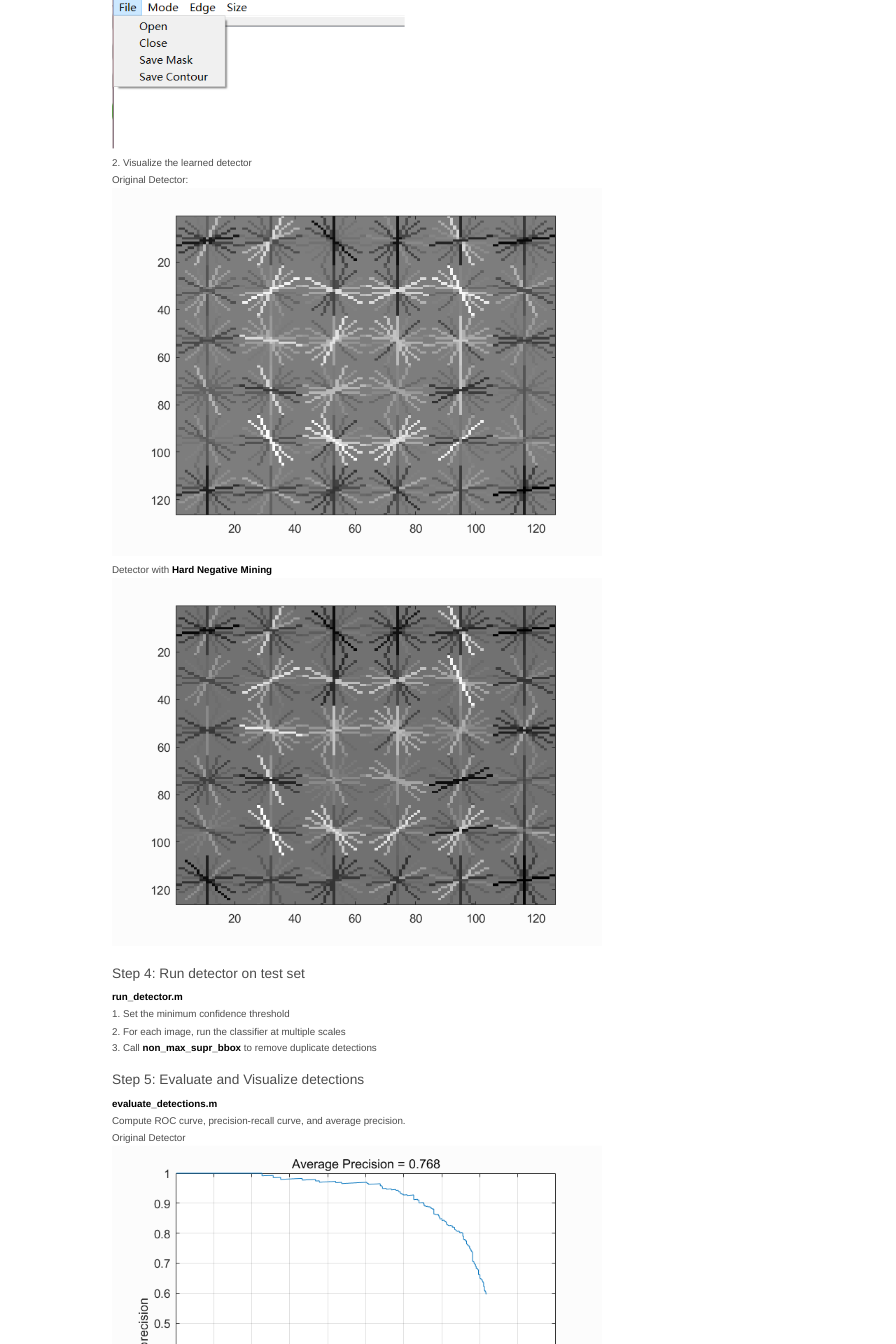
Repository: enderloong/face_detector_msbd6000C
Page: html_report/project2.html
The author's editor kept a record of every edit. The page is drawn from the files as they stood at one moment, then again after the next edit.
The browser window is 1280 px wide. The pictures show the part of the page from y = 4580 to 6500 px (the page is 8484 px tall before and 9017 px after), at 70% of full size.
Some web libraries are served in a nearby version.

Above is the page before.

### html_report/project2.html
<!DOCTYPE HTML>
<!--
	Iridium by TEMPLATED
    templated.co @templatedco
    Released for free under the Creative Commons Attribution 3.0 license (templated.co/license)
-->
<html>
	<head>
		<title>msbd6000c-face-detection</title>
		<meta http-equiv="content-type" content="text/html; charset=utf-8" />
		<meta name="description" content="" />
		<meta name="keywords" content="" />
		<link href='http://fonts.googleapis.com/css?family=Arimo:400,700' rel='stylesheet' type='text/css'>
		<!--[if lte IE 8]><script src="js/html5shiv.js"></script><![endif]-->
		<script src="http://ajax.googleapis.com/ajax/libs/jquery/1.11.0/jquery.min.js"></script>
		<script src="js/skel.min.js"></script>
		<script src="js/skel-panels.min.js"></script>
		<script src="js/init.js"></script>
		<noscript>
			<link rel="stylesheet" href="css/skel-noscript.css" />
			<link rel="stylesheet" href="css/style.css" />
			<link rel="stylesheet" href="css/style-desktop.css" />
		</noscript>
		<!--[if lte IE 8]><link rel="stylesheet" href="css/ie/v8.css" /><![endif]-->
		<!--[if lte IE 9]><link rel="stylesheet" href="css/ie/v9.css" /><![endif]-->
	</head>
	<body class="homepage">

		<!-- Header -->
		<div id="header">
			<div class="container">

				<!-- Logo -->
				<div id="logo">
					<h1><a href="#">Face Detection</a></h1>
					<span></span>
					<span>MSBD6000C Computer Vision - Project 2</span>
					<span>LI Yilong & CHEN Yuji</span>
				</div>
			</div>
		</div>

		<!-- Main -->
		<div id="main">
			<div class="container">
				<div class="row">

					<!-- Content -->
					<div id="content" class="8u skel-cell-important">
						<section>
							<header>
								<h2>Project Description</h2>
								<!--<span class="byline">Integer sit amet pede vel arcu aliquet pretium</span>-->
							</header>
							<!--<a href="#" class="image full"><img src="images/pic07.jpg" alt="" /></a>-->
							<p>This is the second project of <strong>MSBD6000C Computer Vision</strong>, you may find the introduction of it from <a href="https://home.cse.ust.hk/~cktang/msbd6000c/Password_Only/projects/faces/index.html">here</a>.</p>
							<p>In this project, we created a model that can detect human faces.</p>
							<p>Comparing with the success of face detection (and object detection in general) can be traced back to influential works such as <strong>Rowley et al. 1998</strong> and <strong>Viola-Jones 2001</strong>, we developed a simpler (but still very effective!) sliding window detector of <strong>Dalal and Triggs 2005</strong>. Dalal-Triggs focuses on representation more than learning and introduces the SIFT-like Histogram of Gradients (HoG) representation (pictured to the right). We were responsible for the detection pipeline except HoG, though -- handling heterogeneous training and testing data, training a linear classifier (a HoG template), and using our classifier to classify millions of sliding windows at multiple scales. </p>
						</section>

						<section>
							<header>
								<h2>Sample Results</h2>
							</header>
							<p>Results of original detector:</p>
								<ul>
									  <li><img src="images/proj2/ori/detections_Argentina.jpg.png" alt="" /></li>
									  <li><img src="images/proj2/ori/detections_madaboutyou.jpg.png" alt="" /></li>
								</ul>

							<p>Results of detector with <strong>Hard Negative Mining</strong>:</p>
								<ul>
									  <li><img src="images/proj2/bonus/detections_237815567.jpg.png" alt="" /></li>
									  <li><img src="images/proj2/bonus/detections_213654866.jpg.png" alt="" /></li>
								</ul>
						</section>

						<section>
							<header>
								<h2>Develop Environment</h2>
							</header>
							<p>Programming Language: MATLAB</p>
							<p>Library: VLFeat binary package</p>
							<p>OS: Windows</p>
						</section>

						<section>
							<header>
								<h2>Algorithm</h2>
								<span class="byline"><p></p>Step 1: Load cropped positive trained examples and random negative examples</span>
									<strong>get_positive_features.m</strong>
									<ul>
									  <li>1. Extract image file names</li>
									  <li>2. Load images</li>
									  <li>3. Transform images from RGB to grayscale</li>
									  <li>4. Normalization</li>
									  <li>5. Compute HOG descriptors</li>
									  <li>6. Save the HOG features</li>
									</ul>
									<strong>get_random_negative_features.m</strong>
									<ul>
									  <li>1. Compute the candidates of possible values of x_min,y_min</li>
									  <li>2. Implement the generating candidates of negative samples</li>
									  <li>3. Extract and save HOG features</li>
									</ul>

								<span class="byline"><p></p>Step 2: Train the classifier</span>
									<ul>
									  <li>1. Connect the features of positive and random negative samples along the x-axis</li>
									  <li>2. Transpose the feature matrix</li>
									  <li>3. Connect the labels of positive and negative samples</li>
									  <li>4. Setup lamdba (suggested value: 0.0001)</li>
									  <li>5. Call <strong>vl_svmtrain</strong></li>
									</ul>

								<span class="byline"><p></p>Step 3: Examine learned classifier</span>
									<ul>
									  <li>1. Visualize how well separated the positive and negative examples are at training time</li>
									  <img src="images/menu-file.png" alt="" />
									  <li>2. Visualize the learned detector</li>
									  <li>Original Detector:</li>
									  <img src="images/proj2/ori/hog_template.png" alt="" />
									  <li>Detector with <strong>Hard Negative Mining</strong></li>
									  <img src="images/proj2/bonus/hog_template.png" alt="" />
									</ul>

								<span class="byline"><p></p>Step 4: Run detector on test set</span>
									<strong>run_detector.m</strong>
									<ul>
									  <li>1. Set the minimum confidence threshold</li>
									  <li>2. For each image, run the classifier at multiple scales</li>
									  <li>3. Call <strong>non_max_supr_bbox</strong> to remove duplicate detections</li>
									</ul>

								<span class="byline"><p></p>Step 5: Evaluate and Visualize detections</span>
									<strong>evaluate_detections.m</strong>
									<ul>
									  <li>Compute ROC curve, precision-recall curve, and average precision.</li>
									  <li>Original Detector</li>
									  <li><img src="images/proj2/ori/average_precision.png" alt="" /></li>
									  <li>Detector with <strong>Hard Negative Mining</strong></li>
									  <li><img src="images/proj2/bonus/average_precision.png" alt="" /></li>
									</ul>

									<strong>visualize_detections_by_image.m</strong>
									<ul>
									  <li>Visualize detections in each image.</li>
									  <li><img src="images/proj2/ori/detections_Argentina.jpg.png" alt="" /></li>
									</ul>
							</header>
						</section>

						<section>
							<header>
								<h2>Training Performance</h2>
							</header>
							<img src="images/menu-file.png" alt="" />
						</section>
					</div>

					<!-- Sidebar -->
					<div id="sidebar" class="4u">
						<section>
							<header>
								<h2>Our Feelings</h2>
							</header>
							<ul class="style">
								<li>
									<p class="posted">LI Yilong</p>
									<img src="images/liyilong.jpg" height=64 alt="" />
									<p class="text">MATLAB is amazing.</p>
								</li>
								<li>
									<p class="posted">CHEN Yuji</p>
									<img src="images/chenyuji.png" height=64 alt="" />
									<p class="text">If the classifier detects a face while I don't, I will feel nervous.</p>
								</li>
							</ul>
							<p><a href="https://github.com/enderloong/face_detector_msbd6000C/" class="button">GitHub Address</a></p>
						</section>
					</div>
				</div>
			</div>
		</div>

		<!-- Footer -->
		<!--<div id="featured">-->
		<!--	<div class="container">-->
		<!--		<div class="row">-->
		<!--			<div class="4u">-->
		<!--				<h2>Other UI Functions</h2>-->
		<!--				<a href="#" class="image full"><img src="images/pic02.jpg" alt="" /></a>-->
		<!--				<p><strong>Ctrl+"+"</strong>, zoom in</p>-->
		<!--				<p><strong>Ctrl+"-"</strong>, zoom out</p>-->
		<!--				<p><strong>Backspace</strong>, when scissoring, delete the last seed; otherwise, delete selected contour</p>-->
		<!--			</div>-->
		<!--			<div class="4u">-->
		<!--				<h2>Whistles and Bells</h2>-->
		<!--				<a href="#" class="image full"><img src="images/blur-5x5.png" alt="" /></a>-->
		<!--				<p><img src="images/blur5-debug-costGraph.png" alt="" /></p>-->
		<!--				<p>We allow blurring the image by different amounts before computing link costs.  It can be observed that the costs are calculated more evenly and the range of min cost path increased after blurring. </p>-->
		<!--			</div>-->
		<!--		</div>-->
		<!--	</div>-->
		<!--</div>-->


		<!-- Copyright -->
		<div id="copyright">
			<div class="container">
				<p>Design: <a href="http://templated.co">TEMPLATED</a> Images: <a href="http://unsplash.com">Unsplash</a> (<a href="http://unsplash.com/cc0">CC0</a>)</p>
				<p>Edited by CHEN Yuji</p>
			</div>
		</div>

	</body>
</html>

### html_report/js/init.js
/*
	Iridium by TEMPLATED
    templated.co @templatedco
    Released for free under the Creative Commons Attribution 3.0 license (templated.co/license)
*/

skel.init({
	prefix: 'css/style',
	resetCSS: true,
	boxModel: 'border',
	grid: {
		gutters: 50
	},
	breakpoints: {
		'mobile': {
			range: '-480',
			lockViewport: true,
			containers: 'fluid',
			grid: {
				collapse: true,
				gutters: 10
			}
		},
		'desktop': {
			range: '481-',
			containers: 1200
		},
		'1000px': {
			range: '481-1200',
			containers: 960
		}
	}
}, {
	panels: {
		panels: {
			navPanel: {
				breakpoints: 'mobile',
				position: 'left',
				style: 'reveal',
				size: '80%',
				html: '<div data-action="navList" data-args="nav"></div>'
			}
		},
		overlays: {
			titleBar: {
				breakpoints: 'mobile',
				position: 'top-left',
				height: 44,
				width: '100%',
				html: '<span class="toggle" data-action="togglePanel" data-args="navPanel"></span>' +
 '<span class="title" data-action="copyHTML" data-args="logo"></span>'
			}
		}
	}


});

### html_report/css/style.css
/*
	Iridium by TEMPLATED
    templated.co @templatedco
    Released for free under the Creative Commons Attribution 3.0 license (templated.co/license)
*/

/*********************************************************************************/
/* Basic                                                                         */
/*********************************************************************************/

	body
	{
		background: #141414;
	}

	body,input,textarea,select
	{
		font-family: 'Arimo', sans-serif;
		font-size: 11pt;
		line-height: 1.75em;
		color: #4c4c4c;
	}

	h1,h2,h3,h4,h5,h6
	{
		text-transform: uppercase;
		font-weight: bold;
	}

		h1 a, h2 a, h3 a, h4 a, h5 a, h6 a
		{
			color: inherit;
			text-decoration: none;
		}

	/* Change this to whatever font weight/color pairing is most suitable */
	strong, b
	{
		font-weight: bold;
		color: #000000;
	}

	em, i
	{
		font-style: italic;
	}

	/* Don't forget to set this to something that matches the design */
	a
	{
		text-decoration: underline;
		color: #272727;
	}

	a:hover
	{
		text-decoration: none;
	}

	sub
	{
		position: relative;
		top: 0.5em;
		font-size: 0.8em;
	}

	sup
	{
		position: relative;
		top: -0.5em;
		font-size: 0.8em;
	}

	hr
	{
		border: 0;
		border-top: solid 1px #ddd;
	}

	blockquote
	{
		border-left: solid 0.5em #ddd;
		padding: 1em 0 1em 2em;
		font-style: italic;
	}

	p, ul, ol, dl, table
	{
		margin-bottom: 1em;
	}

	header
	{
		margin-bottom: 1em;
	}

		header h2
		{
		}

		header .byline
		{
			display: block;
			margin: 0.5em 0 0 0;
			padding: 0 0 0.5em 0;
		}

	footer
	{
		margin-top: 1em;
	}

	br.clear
	{
		clear: both;
	}

	/* Sections/Articles */

		section,
		article
		{
			margin-bottom: 3em;
		}

		section > :last-child,
		article > :last-child
		{
			margin-bottom: 0;
		}

		section:last-child,
		article:last-child
		{
			margin-bottom: 0;
		}

		.row > section,
		.row > article
		{
			margin-bottom: 0;
		}

	/* Images */

		.image
		{
			display: inline-block;
		}

			.image img
			{
				display: block;
				width: 100%;
			}

			.image.featured
			{
				display: block;
				width: 100%;
				margin: 0 0 2em 0;
			}

			.image.full
			{
				display: block;
				width: 100%;
				margin: 0 0 2em 0;
			}

			.image.left
			{
				float: left;
				margin: 0 2em 2em 0;
			}

			.image.centered
			{
				display: block;
				margin: 0 0 2em 0;
			}

				.image.centered img
				{
					margin: 0 auto;
					width: auto;
				}

	/* Lists */

		ul.default
		{
			margin: 0;
			padding: 0;
			list-style: none;
		}

			ul.default li
			{
				padding: 0.60em 0em;
				border-top: 1px solid;
				border-color: rgba(255,255,255,.1);
			}

			ul.default li:first-child
			{
				padding-top: 0;
				border-top: none;
			}

			ul.default a
			{
				text-decoration: none;
				color: rgba(255,255,255,.5);
			}

			ul.default a:hover
			{
				text-decoration: underline;
			}

		ul.style {
		}

		ul.style li {
			margin: 0;
			padding: 2em 0em 1.5em 0em;
			border-top: 1px solid #ECECEC;
		}

		ul.style li:first-child
		{
			padding-top: 0;
			border-top: none;
		}

		ul.style img {
			float: left;
			margin-right: 20px;
		}

		ul.style p {
		}

		ul.style .posted {
			padding: 0em 0em 1em 0em;
			letter-spacing: 1px;
			text-transform: uppercase;
			font-size: 8pt;
			color: #A2A2A2;
		}

		ul.style .first {
			padding-top: 0px;
			border-top: none;
		}


	/* Buttons */

		.button
		{
			position: relative;
			display: inline-block;
			margin-top: 2em;
			padding: 0.90em 1.5em;
			background: #e95d3c;
			border-radius: 40px;
			text-decoration: none;
			text-transform: uppercase;
			font-size: 1.1em;
			color: #FFF;
			-moz-transition: color 0.35s ease-in-out, background-color 0.35s ease-in-out;
			-webkit-transition: color 0.35s ease-in-out, background-color 0.35s ease-in-out;
			-o-transition: color 0.35s ease-in-out, background-color 0.35s ease-in-out;
			-ms-transition: color 0.35s ease-in-out, background-color 0.35s ease-in-out;
			transition: color 0.35s ease-in-out, background-color 0.35s ease-in-out;
			cursor: pointer;
		}

			.button:hover
			{
				background: #de3d27;
				color: #FFF !important;
			}

/*********************************************************************************/
/* Header                                                                        */
/*********************************************************************************/

	#header
	{
		position: relative;
		background: #2a2f27 url(../images/banner.jpg) no-repeat;
		background-size: cover;
	}

	#logo
	{
	}

	#nav
	{
	}

		#nav ul
		{
			margin: 0;
		}

/*********************************************************************************/
/* Banner                                                                        */
/*********************************************************************************/

	#banner
	{
		position: relative;
		background: #333;
		color: #fff;
	}

/*********************************************************************************/
/* Main                                                                          */
/*********************************************************************************/

	#main
	{
		position: relative;
		background: #fff;
	}

/*********************************************************************************/
/* Featured                                                                      */
/*********************************************************************************/

	#featured
	{
		position: relative;
		background: #f2f2f2;
	}

	#featured h2
	{
		display: block;
		margin-bottom: 2em;
		font-size: 1.4em;
	}

/*********************************************************************************/
/* Footer                                                                        */
/*********************************************************************************/

	#footer
	{
		position: relative;
		background: #1d1d1d;
	}

	#footer h2
	{
		display: block;
		color: #FFF;
	}

/*********************************************************************************/
/* Copyright                                                                     */
/*********************************************************************************/

	#copyright
	{
		position: relative;
		padding: 3em 0em;
		letter-spacing: 1px;
		text-align: center;
		color: rgba(255,255,255,.2);
	}

	#copyright .container
	{
	}

	#copyright a
	{
		text-decoration: none;
		color: rgba(255,255,255,.3);
	}

### html_report/css/style-desktop.css
/*
	Iridium by TEMPLATED
    templated.co @templatedco
    Released for free under the Creative Commons Attribution 3.0 license (templated.co/license)
*/

/*********************************************************************************/
/* Basic                                                                         */
/*********************************************************************************/

	body
	{
	}

	body,input,textarea,select
	{
		font-size: 11pt;
	}

/*********************************************************************************/
/* Header                                                                        */
/*********************************************************************************/

	#header
	{
		position: relative;
		padding: 5em 0em;
		text-align: center;
	}

		.homepage #header
		{
			padding: 15em 0em;
		}

		#header .container
		{
		}

/*********************************************************************************/
/* Logo                                                                          */
/*********************************************************************************/

	#logo
	{
		margin-bottom: 3em;
	}

		#logo h1
		{
			color: #FFF;
		}

		#logo h1 a
		{
			display: block;
			letter-spacing: 1px;
			text-decoration: none;
			text-transform: uppercase;
			font-size: 5em;
			font-weight: 900;
			color: #FFF;
		}

		#logo span
		{
			display: block;
			padding-top: 1em;
			letter-spacing: 1px;
			text-transform: uppercase;
			font-size: 1.2em;
			color: rgba(255,255,255,.5);
		}


/*********************************************************************************/
/* Nav                                                                           */
/*********************************************************************************/

	#nav
	{
	}

		#nav > ul > li
		{
			display: inline-block;
		}

			#nav > ul > li:last-child
			{
				padding-right: 0;
			}

			#nav > ul > li > a,
			#nav > ul > li > span
			{
				display: block;
				padding: 1em 1.5em;
				letter-spacing: 1px;
				text-decoration: none;
				text-transform: uppercase;
				font-weight: 200;
				font-size: 1em;
				outline: 0;
				color: rgba(255,255,255,.7);
			}


			#nav > ul > li > a:hover
			{
				color: #FFF;
			}

			#nav li.active a
			{
				background: none;
				border-radius: 40px;
				border: 2px solid;
				border-color: rgba(255,255,255,.8);
				color: #FFF;
			}

			#nav > ul > li > ul
			{
				display: none;
			}


/*********************************************************************************/
/* Main                                                                          */
/*********************************************************************************/

	#main
	{
		padding: 6em 0em 4em 0em;
	}

	#content
	{
	}

	#content header
	{
		margin-bottom: 2em;
	}

	#content header h2
	{
		font-size: 3em;
	}

	#content header .byline
	{
		font-size: 1.40em;
	}

	#sidebar h2
	{
		display: block;
		padding-bottom: 2em;
		font-size: 1.4em;
	}

/*********************************************************************************/
/* Featured                                                                      */
/*********************************************************************************/

	#featured
	{
		padding: 6em 0em;
	}

/*********************************************************************************/
/* Footer                                                                        */
/*********************************************************************************/

	#footer
	{
		position: relative;
		padding: 6em 0em;
	}

	#footer h2
	{
		padding-bottom: 2em;
		font-size: 1.4em;
	}

/*********************************************************************************/
/* Copyright                                                                     */
/*********************************************************************************/

	#copyright
	{
		padding: 3em 0em;
	}

Loaded but not shown: html_report/js/skel.min.js (library); html_report/js/skel-panels.min.js (library); html_report/css/style-1000px.css (common file)

After the next edit:
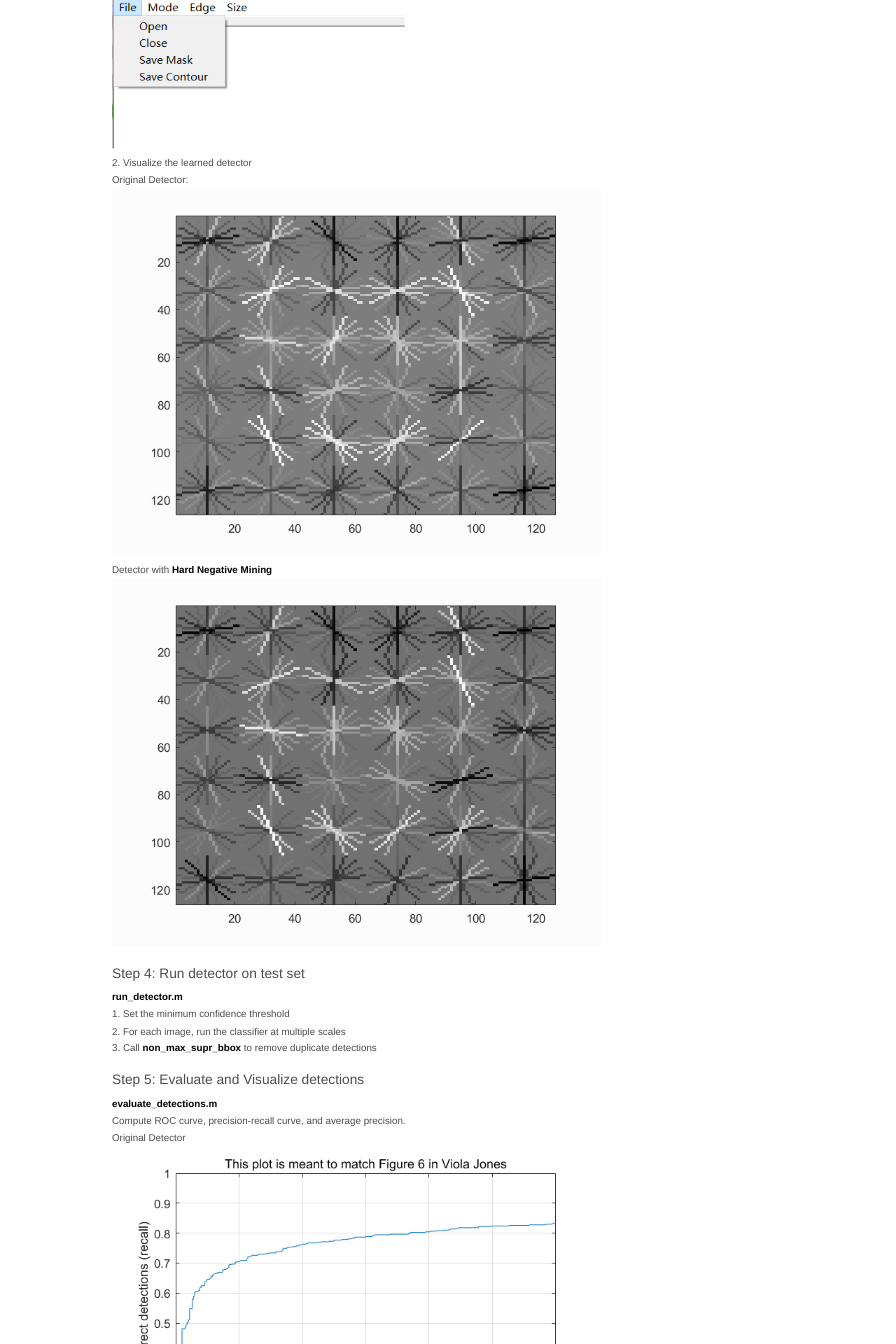
The edit:
--- a/html_report/project2.html
+++ b/html_report/project2.html
@@ -137,7 +137,9 @@
 									<ul>
 									  <li>Compute ROC curve, precision-recall curve, and average precision.</li>
 									  <li>Original Detector</li>
+									  <li><img src="images/proj2/ori/match_fig_6.png" alt="" /></li>
 									  <li><img src="images/proj2/ori/average_precision.png" alt="" /></li>
+									  <li></li>
 									  <li>Detector with <strong>Hard Negative Mining</strong></li>
 									  <li><img src="images/proj2/bonus/average_precision.png" alt="" /></li>
 									</ul>
